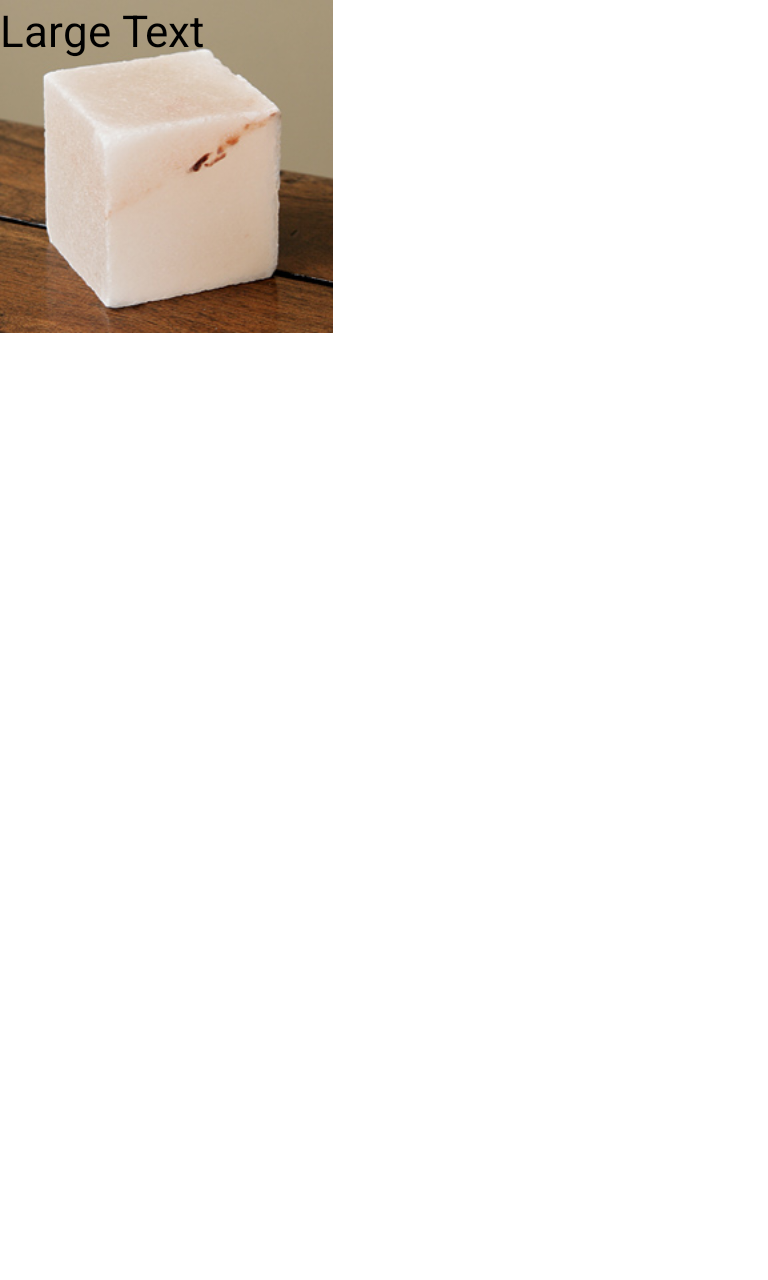
Repository: sehmon/workspace-eclipse
Layout: WhatAmIEating/res/layout/activity_detail.xml
An editor plug-in stored every save of this project. The layout is shown before and after the next save, followed by the edit.
It is drawn on a 768 x 1280 px phone screen (xhdpi) without system bars, with theme android:Theme.Holo.Light.NoActionBar.Fullscreen; the app's code is not run.

Above is the layout before, as saved 2014-04-13 16:04:05.

After the next save:
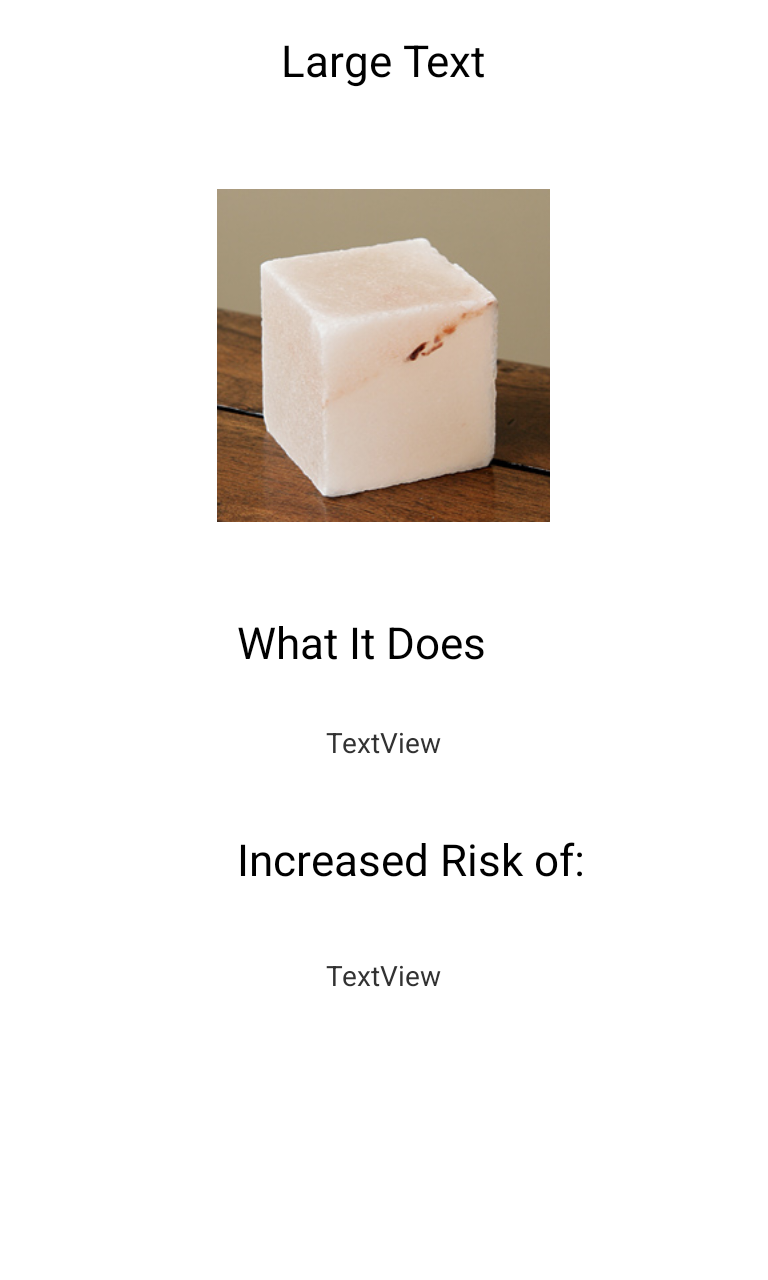
Saved 3 min 27 s later.
--- a/WhatAmIEating/res/layout/activity_detail.xml
+++ b/WhatAmIEating/res/layout/activity_detail.xml
@@ -5,18 +5,61 @@
     android:layout_height="match_parent"
     android:orientation="vertical" >
 
+    <TextView
+        android:id="@+id/textView2"
+        android:layout_width="wrap_content"
+        android:layout_height="wrap_content"
+        android:layout_alignParentTop="true"
+        android:layout_centerHorizontal="true"
+        android:layout_marginTop="15dp"
+        android:text="Large Text"
+        android:textAppearance="?android:attr/textAppearanceLarge" />
+
     <ImageView
         android:id="@+id/imageView1"
         android:layout_width="wrap_content"
         android:layout_height="wrap_content"
+        android:layout_below="@+id/textView2"
+        android:layout_centerHorizontal="true"
+        android:layout_marginTop="50dp"
         android:src="@drawable/salt" />
 
     <TextView
-        android:id="@+id/textView2"
+        android:id="@+id/textView1"
         android:layout_width="wrap_content"
         android:layout_height="wrap_content"
-        android:text="Large Text"
+        android:layout_alignRight="@+id/textView2"
+        android:layout_below="@+id/imageView1"
+        android:layout_marginTop="45dp"
+        android:text="What It Does"
         android:textAppearance="?android:attr/textAppearanceLarge" />
 
+    <TextView
+        android:id="@+id/textView3"
+        android:layout_width="wrap_content"
+        android:layout_height="wrap_content"
+        android:layout_below="@+id/textView1"
+        android:layout_centerHorizontal="true"
+        android:layout_marginTop="26dp"
+        android:text="TextView" />
+
+    <TextView
+        android:id="@+id/textView4"
+        android:layout_width="wrap_content"
+        android:layout_height="wrap_content"
+        android:layout_alignLeft="@+id/textView1"
+        android:layout_below="@+id/textView3"
+        android:layout_marginTop="34dp"
+        android:text="Increased Risk of:"
+        android:textAppearance="?android:attr/textAppearanceLarge" />
+
+    <TextView
+        android:id="@+id/textView5"
+        android:layout_width="wrap_content"
+        android:layout_height="wrap_content"
+        android:layout_alignRight="@+id/textView3"
+        android:layout_below="@+id/textView4"
+        android:layout_marginTop="34dp"
+        android:text="TextView" />
 
 </RelativeLayout>
